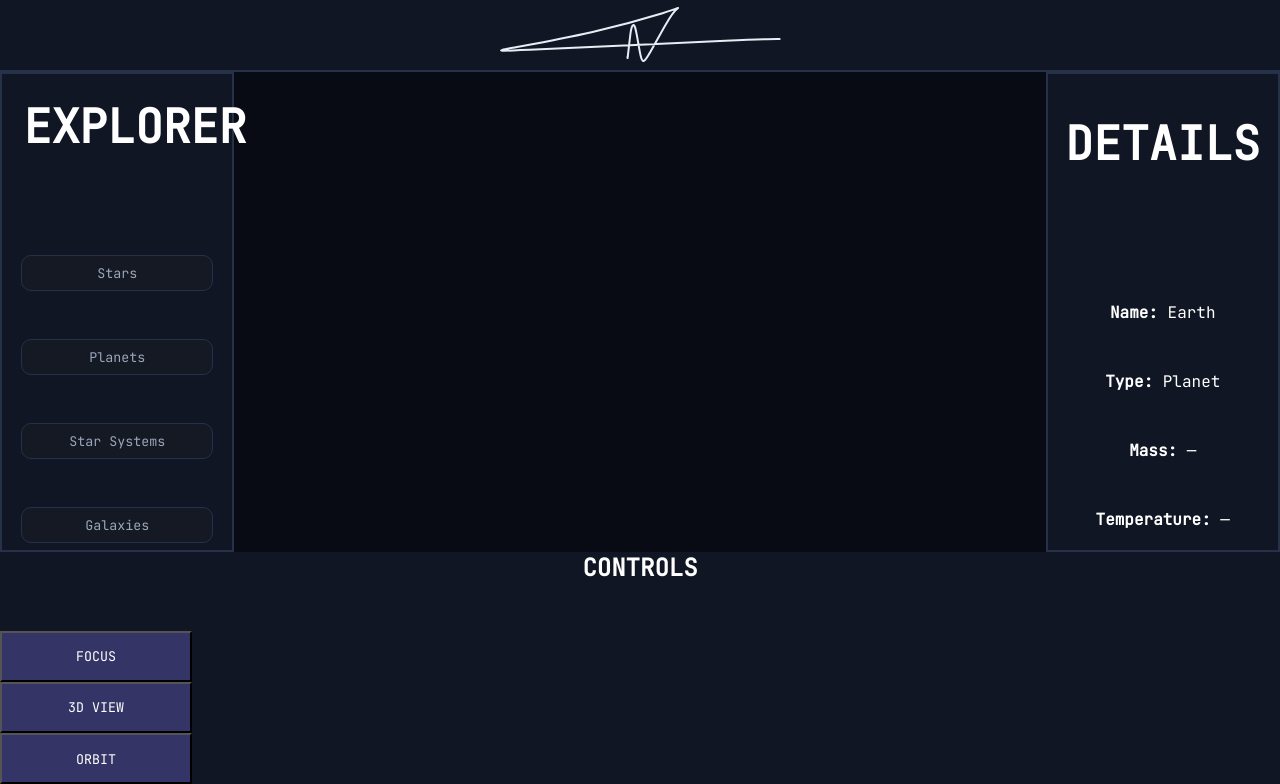
Repository: nico-madruga/Universe
Page: front-end/html/index.html
An editor plug-in stored every save of this project. The page is shown before and after the next save, followed by the edit.
The browser window is 1280 px wide. The pictures show the whole page.

Above is the page before, as saved 2026-09-28 18:04:24.

### front-end/html/index.html
<!DOCTYPE html>
<html lang="en">
<head>
    <meta charset="UTF-8">
    <meta name="viewport" content="width=device-width, initial-scale=1.0">
    <link href='https://fonts.googleapis.com/css?family=JetBrains Mono' rel='stylesheet'>
    <link rel="stylesheet" href="../css/style.css">
    <title>Universe</title>

    <link rel="stylesheet" href="../css/style.css">
</head>

<body>

    <header>
        <img src="/front-end/imgs/Vector 1.svg">
    </header>


    <main class="layout">

        <aside class="sidebar">

            <h2>EXPLORER</h2>

            <nav>
                <button class="standard_button">Stars</button>
                <button class="standard_button">Planets</button>
                <button class="standard_button">Star Systems</button>
                <button class="standard_button">Galaxies</button>
            </nav>

        </aside>


                <div class="star star-1"></div>
                <div class="star star-2"></div>
                <div class="star star-3"></div>

                <div class="planet"></div>

            <section class="object-info">

                <h2>DETAILS</h2>

                <div class="info-grid">

                    <p>
                        <strong>Name:</strong>
                        Earth
                    </p>

                    <p>
                        <strong>Type:</strong>
                        Planet
                    </p>

                    <p>
                        <strong>Mass:</strong>
                        —
                    </p>

                    <p>
                        <strong>Temperature:</strong>
                        —
                    </p>

                </div>

            </section>

        </section>

    </main>

    <footer class="controls">
        <h2>CONTROLS</h2>

        <div class="control-buttons">
            <button class="control-button">FOCUS</button>
            <button class="control-button">3D VIEW</button>
            <button class="control-button">ORBIT</button>
        </div>
    </footer>

</body>
</html>

### front-end/css/style.css
:root
{
    --background-color: #101624;
    --planet-background-color: #080B14;
    --button-color: #2222224D;
    --button-border-color-hovered: #222222;
    --button-color-hovered: #263149BF;
    --panels-color: #101624;
    --panel-borders-color: #263149;
    --main-text-color: #E8ECF4;
    --secondary-text-color: #9AA6BA;
    --primary-accent-color: #4CC9F0;
    --secondary-accent-color: #8B7CFF;
    --control-button-color: #8B7CFF4D;
    --highlight-color: #A9E8FF;
}

*
{
 padding: 0;
 margin: 0;
 color: white;
 font-family: 'JetBrains Mono';
}

header
{
    display: flex;
    padding: 1vh 0;
    background-color: var(--background-color);
    flex-direction: row-reverse;
    justify-content: space-evenly;
    border-bottom: 2px solid var(--panel-borders-color);
}

header input
{
    align-self: center;
    height: 2rem;
}

body
{
    background-color: var(--background-color);
}

.layout
{
    display: flex;
    justify-content: space-between;
    background-color: var(--planet-background-color);
}

.layout .sidebar
{
    display: flex;
    flex-direction: column;
    text-align: center;
    width: 18vw;
    height: 66vh;
    border: 2px solid var(--panel-borders-color);
    background-color: var(--panels-color);
}

.sidebar h2
{
    padding: 3vh;
    font-size: 2.9rem;
    font-style: normal;
}

.sidebar nav
{
    display: flex;
    flex-direction: column;
    gap: 48px;
    padding-top: 4.8rem;
}

.standard_button
{
    align-self: center;
    width: 15vw;
    height: 5vh;
    background-color: var(--button-color);
    border: 1px solid var(--panel-borders-color);
    border-style: solid;
    color: var(--secondary-text-color);
    border-radius: 10px;
}

.standard_button:hover
{
    border: 1px solid var(--button-border-color-hovered);
    background-color: var(--button-color-hovered);
    color: var(--secondary-accent-color)
}

.content
{
    display: flex;
}

.content .space
{
    background-color: var(--planet-background-color);
    width: 100%;
}

.layout .object-info
{
    display: flex;
    flex-direction: column;
    padding-top: 2.4rem;
    text-align: center;
    gap: 48px;
    width: 18vw;
    border: 2px solid var(--panel-borders-color);
    background-color: var(--panels-color);
}

.layout .object-info h2
{
    font-size: 2.9rem;
}

.layout .object-info .info-grid
{
    display: flex;
    flex-direction: column;
    padding-top: 5rem;
    gap: 48px;
}

.controls
{
    display: flex;
    flex-direction: column;
    gap: 3rem;
    text-align: center;
}

.control-buttons
{
    display: flex;
    flex-direction: column;
}

.control-button
{
    background-color: var(--control-button-color);
    width: 15vw;
    height: 4vw;
}

After the next save:
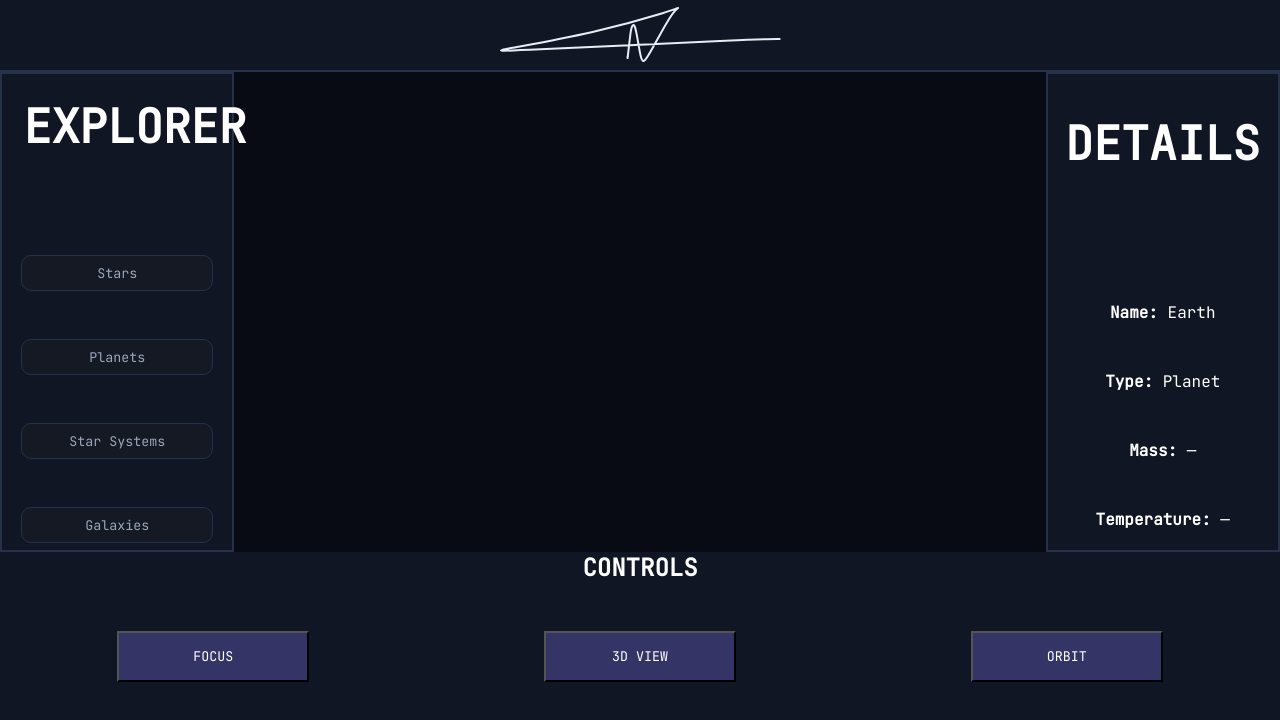
Saved 10 s later.
--- a/front-end/css/style.css
+++ b/front-end/css/style.css
@@ -143,7 +143,7 @@ body
 .control-buttons
 {
     display: flex;
-    flex-direction: column;
+    justify-content: space-around;
 }
 
 .control-button
